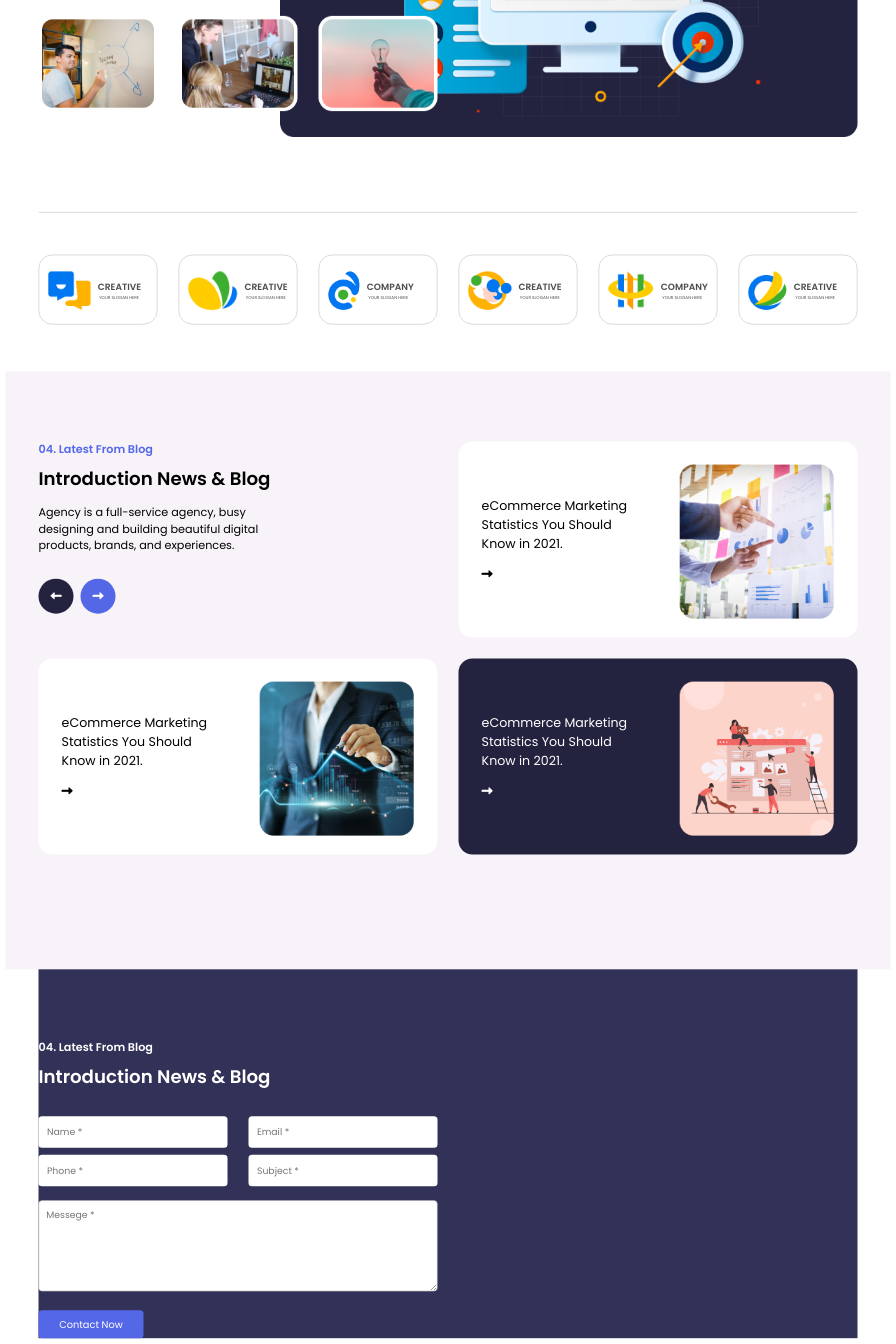
Repository: tranchi0120/LangdingPage-Htmlcss-Ago
Page: index.html
These files come from the project's save history. The page is drawn as it stood at one moment and after the next save; the edit follows.
The browser window is 1280 px wide. The pictures show the part of the page from y = 2964 to 4884 px (the page is 4884 px tall before and 4826 px after), at 70% of full size.
Some web libraries are served in a nearby version. The style sheet was rebuilt from its Sass, Less or Tailwind sources for each picture, by a compiler version that may differ from the author's.

Above is the page before, as saved 2022-07-15 10:32:44.

After the next save:
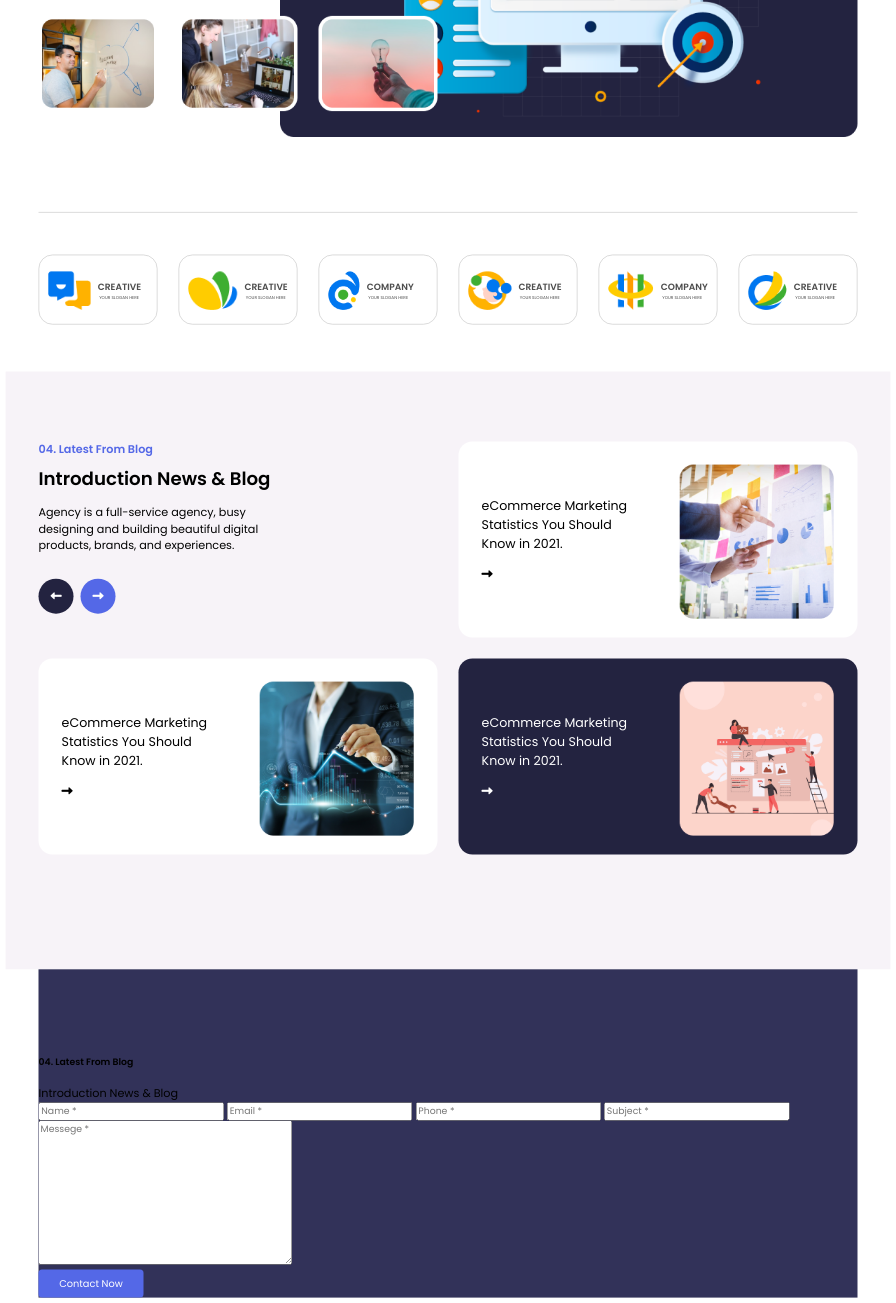
Saved 9 s later.
--- a/sass/_contact.scss
+++ b/sass/_contact.scss
@@ -8,7 +8,7 @@
     //     margin-left: -400px;
     //     margin-top: -80px;
     // }
-    &-left {
+    &-main {
         background: #323259;
         padding-top: 100px;
         margin: 0 auto;
